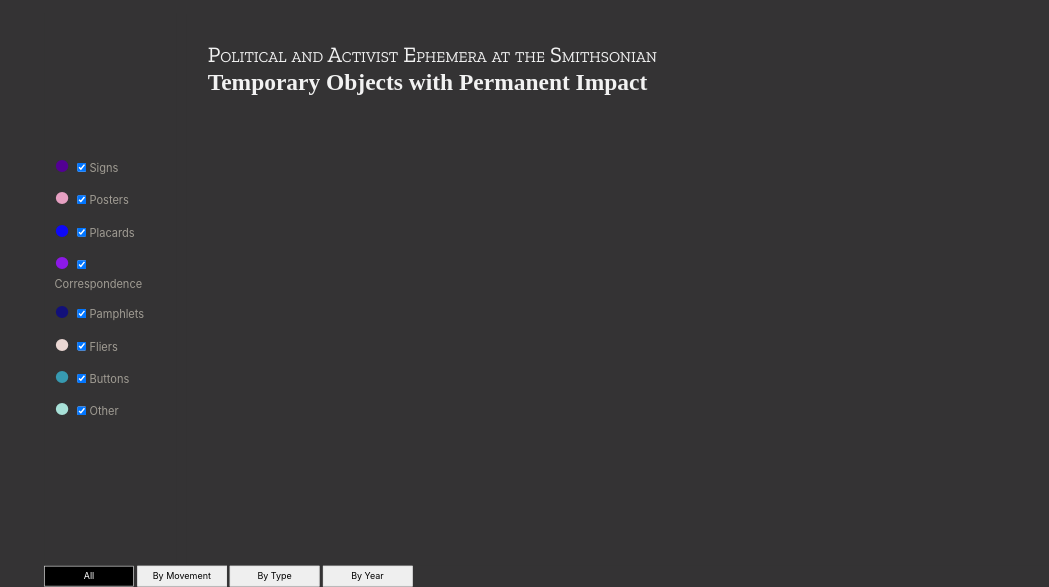
Repository: m0llyc00k/Major-studio-1
Page: Final/index-2.html
The author's editor kept a record of every edit. The page is drawn from the files as they stood at one moment, then again after the next edit.
The browser window is 1280 px wide. The page is 1521 px wide, so the pictures cover 1521 px, including what lies to the right of the window. The pictures show the whole page, at 69% of full size.
The page's requests for data from a server got no answer. Some web fonts or font styles are not loaded; a fallback is used.

Above is the page before.

### Final/index-2.html
<!DOCTYPE html>
<html lang="en">

<head>
    <title>Ephemera at the Smithsonian</title>
    <meta charset="utf-8">
    <meta name="viewport" content="width=device-width, initial-scale=1">
    <link rel="stylesheet" href="https://maxcdn.bootstrapcdn.com/bootstrap/4.5.2/css/bootstrap.min.css">
    <script src="https://ajax.googleapis.com/ajax/libs/jquery/3.5.1/jquery.min.js"></script>
    <script src="https://cdnjs.cloudflare.com/ajax/libs/popper.js/1.16.0/umd/popper.min.js"></script>
    <script src="https://maxcdn.bootstrapcdn.com/bootstrap/4.5.2/js/bootstrap.min.js"></script>
    <link rel="preconnect" href="https://fonts.googleapis.com">
    <link rel="preconnect" href="https://fonts.gstatic.com" crossorigin>
    <link href="https://fonts.googleapis.com/css2?family=Space+Grotesk:wght@300&family=Spartan:wght@100;400&family=Zilla+Slab:ital,wght@0,300;0,400;1,300;1,400&display=swap" rel="stylesheet">
    <link rel="preconnect" href="https://fonts.googleapis.com">
    <link rel="preconnect" href="https://fonts.gstatic.com" crossorigin>
    <link href="https://fonts.googleapis.com/css2?family=Zilla+Slab+Highlight:wght@400;700&display=swap" rel="stylesheet">
    <link rel="stylesheet" href="http://fonts.googleapis.com/css?family=Roboto:300,400,500,700" type="text/css">


    <style type="text/css">
        body {
            background-color: #343334;
            /*background-color: #161616;*/
            /*zoom: reset;*/
        }

        .selected {
            fill: none;
        }

        .button {
            min-width: 130px;
            padding: 4px 5px;
            cursor: pointer;
            text-align: center;
            font-size: 13px;
            border: 1px solid #e0e0e0;
            text-decoration: none;
        }

        .button.active {
            background: #000;
            color: #fff;
        }

        #checkboxes>* {
            font: Roboto;
            font-weight: 400;
            color: #a19d94;
            padding-top: 3px;
            display: block;

        }

        .col-sm-2 {
            background-color: #343334;
            /*padding-left: 20px;*/
            /*border-radius: 25px;*/
            padding-top: 200px;
            padding-right: 10px;
        }

        /*.measure-group {*/

        /*    display: grid;*/

        /*}*/

        svg {
            background-color: #343334;
        }

        svganchor {
            padding: 100px;
        }

        .cells path {
            fill: none;
            pointer-events: all;
        }

        div.tooltip {
            position: fixed;
            text-align: left;
            color: #efefef;
            white-space: normal;
            padding: 8px;
            font-size: 14px;
            /*background: rgb(96, 125, 139);*/
            background: #5e626b;
            border: 1px solid rgb(96, 125, 139);
            border-radius: 2px;
            pointer-events: none;
            cursor: pointer;
        }

        .axis path,
        .axis line {
            fill: none;
            stroke: rgb(96, 125, 139);
            shape-rendering: optimizeSpeed;
        }

        .axis text {
            font: 15px sans-serif;
            color: #a19d94;

        }

        /*.typeSort {}*/

        .container {
            padding-top: 20px;
            max-width: 90%;
        }
    </style>

</head>

<body>

    <div class="container">
        <div class="row">

            <div class="col-sm-2 col-md-offset-2" id="checkboxes">
                <!--<span style="position:relative; top: 5px; font-size: 16px; padding:20px;">Ephemera Type:</span>-->
                <label class="mdl-checkbox mdl-js-checkbox mdl-js-ripple-effect">
                    <span class="mdl-checkbox__label" id="signsColor" style="font-size: 24px; color: #530094;">&#9679;&nbsp;</span>
                    <input type="checkbox" value="signs" class="mdl-checkbox__input typeSort" checked="">    Signs
                </label>
                <label class="mdl-checkbox mdl-js-checkbox mdl-js-ripple-effect">
                    <span class="mdl-checkbox__label" id="postersColor" style="font-size: 24px; color: #A8B1E1;">&#9679;&nbsp;</span>
                    <input type="checkbox" value="posters" class="mdl-checkbox__input typeSort" checked="">    Posters
                </label>
                <label class="mdl-checkbox mdl-js-checkbox mdl-js-ripple-effect">
                    <span class="mdl-checkbox__label" id="placardsColor" style="font-size: 24px; color: #0E09F8;">&#9679;&nbsp;</span>
                    <input type="checkbox" value="placards" class="mdl-checkbox__input typeSort" checked="">    Placards
                </label>
                <label class="mdl-checkbox mdl-js-checkbox mdl-js-ripple-effect">
                     <span class="mdl-checkbox__label" id="correspondenceColor" style="font-size: 24px; color: #8C19E7;">&#9679;&nbsp;</span>
                    <input type="checkbox" value="correspondence" class="mdl-checkbox__input typeSort" checked="">    Correspondence
                </label>
                <label class="mdl-checkbox mdl-js-checkbox mdl-js-ripple-effect">
                     <span class="mdl-checkbox__label" id="pamphletsColor" style="font-size: 24px; color: #12107A;">&#9679;&nbsp;</span>
                    <input type="checkbox" value="pamphlets" class="mdl-checkbox__input typeSort" checked="">    Pamphlets
                </label>
                <label class="mdl-checkbox mdl-js-checkbox mdl-js-ripple-effect">
                     <span class="mdl-checkbox__label" id="fliersColor" style="font-size: 24px; color: #8387F5;">&#9679;&nbsp;</span>
                    <input type="checkbox" value="fliers" class="mdl-checkbox__input typeSort" checked="">    Fliers
                </label>
                <label class="mdl-checkbox mdl-js-checkbox mdl-js-ripple-effect">
                    <span class="mdl-checkbox__label" id="buttonsColor" style="font-size: 24px; color: #936C85;">&#9679;&nbsp;</span>
                    <input type="checkbox" value="buttons" class="mdl-checkbox__input typeSort" checked="">  Buttons
                </label>
                <label class="mdl-checkbox mdl-js-checkbox mdl-js-ripple-effect">
                    <span class="mdl-checkbox__label" id="otherColor" style="font-size: 24px; color: #A8E1D8;">&#9679;&nbsp;</span>
                    <input type="checkbox" value="other" class="mdl-checkbox__input typeSort" checked="">    Other
                </label>


                <!--<div class="legendButtons" data-toggle="colorOrImage">-->
                <!--            <button onclick="changeColor()">by Color</button> -->
                <!--            <button onclick="changeImage()">by Image</button>-->
                <!--<button type="button" onclick="changeColor()" id="color" class="measure mdl-button mdl-js-button mdl-button--raised mdl-button--colored" value="typeSort">Type by Color</button> </br>-->
                <!--<button type="button" onclick="changeImage()" id="image" class="measure mdl-button mdl-js-button mdl-button--raised mdl-button--colored" value="primaryImage">Type by Image</button>-->
                <!--</div>-->
                <!--<div class="scale-group" data-toggle="buttons-radio">-->
                <!--    <button type="button" class="scale mdl-button mdl-js-button mdl-button--raised mdl-button--colored" value="scaleLinear">Linear Scale</button>-->
                <!--    <button type="button" class="scale mdl-button mdl-js-button mdl-button--raised mdl-button--colored" value="scaleLog">Log Scale</button>-->
                <!--</div>-->

            </div>

            <div class="col col-lg-10" id="svganchor"></div>
            <div class="row">
                <div class="col" id="toolbar">
                    <button id="all" class="button active">All</button>
                    <button id="Movement" class="button">By Movement</button>
                    <button id="typeSort" class="button">By Type</button>
                    <button id="dateSort" class="button">By Year</button>
                </div>
            </div>
            <div class="row">
                <div class= "col-lg" id="svgclusters"></div>
            </div>

        </div>
    </div>


    <script src="https://d3js.org/d3.v5.min.js"></script>
    <script src="beeswarm-2.js"></script>

</body>

</html>

### Qualitative/examples-beeswarm/beeswarm-2.js
let height = 800;
let width = 1250;
let margin = ({top: 40, right: 40, bottom: 34, left: 40});
let allDates = [];

// Data structure describing chart scales
let Scales = {
    lin: "scaleLinear",
    log: "scaleLog"
};

// Data structure describing volume of displayed data
let Count = {
    dateSort: "dateSort",
};

// Data structure describing legend fields value
let Legend = {
    dateSort: "dateSort",
};

let chartState = {};

chartState.measure = Count.dateSort;
chartState.scale = Scales.lin;
chartState.legend = Legend.dateSort;


// Colors used for circles depending on typeSort
let colors = d3.scaleOrdinal()
    .domain(["buttons", "signs", "posters", "placards", "correspondence", "pamphlets", "fliers", "other"])
    .range(['#379AB1','#530094','#E6A0C2','#0E09F8','#8C19E7','#12107A', '#EAD7D3', '#A8E1D8']);

    //#009392,#72aaa1,#b1c7b3,#f1eac8,#e5b9ad,#d98994,#d0587e
    //#A16928,#bd925a,#d6bd8d,#edeac2,#b5c8b8,#79a7ac,#2887a1

d3.select("#buttonsColor").style("color", colors("buttons"));
d3.select("#signsColor").style("color", colors("signs"));
d3.select("#postersColor").style("color", colors("posters"));
d3.select("#placardsColor").style("color", colors("placards"));
d3.select("#correspondenceColor").style("color", colors("correspondence"));
d3.select("#pamphletsColor").style("color", colors("pamphlets"));
d3.select("#fliersColor").style("color", colors("fliers"));
d3.select("#otherColor").style("color", colors("other"));


let svg = d3.select("#svganchor")
    .append("svg")
    .attr("width", width)
    .attr("height", height)

svg.append("text")
        .attr("x", 30)
        .attr("y", 70)
        .attr("text-anchor", "left")
        .style("font-size", "32px")
        .style("fill", "#f2f2f2")
        .style("font-family", "Zilla Slab")
        .style("font-variant", "small-caps")
        .text("Political and Activist Ephemera at the Smithsonian");

// Add subtitle to graph
svg.append("text")
        .attr("x", 30)
        .attr("y", 110)
        .attr("text-anchor", "left")
        .style("font-size", "34px")
        .style("fill", "#f2f2f2")
        .style("max-width", 400)
        .style("font-family", "Zilla Slab Highlight")
        .style("font-weight", 700)
        .text("Temporary Objects with Permanent Impact");



let xScale = d3.scaleLinear()
    .domain(allDates.map(d => d.dateSort))
    .range([margin.left, width - margin.right])

svg.append("g")
    .attr("class", "x axis")
    .attr("transform", "translate(0," + (height - margin.bottom) + ")")


// Create line that connects circle and X axis
let xLine = svg.append("line")
    .attr("stroke", "rgb(96,125,139)")
    .attr("stroke-dasharray", "3,4")
    .attr("stroke-width", "2");

// Create tooltip div and make it invisible
let tooltip = d3.select("#svganchor").append("div")
    .attr("class", "tooltip")
    .style("opacity", 0);

let tooltip2 = d3.select("#svganchor").append("div")
    .attr("class", "tooltip")
    .style("opacity", 0);

// Load and process data
d3.csv("https://raw.githubusercontent.com/m0llyc00k/major-studio-1/main/Qualitative/examples-beeswarm/beeswarm-data-new-Images.csv").then(function (data) {

    let dataSet = data;

    redraw();



    // Trigger filter function whenever checkbox is ticked/unticked
    d3.selectAll("input").on("change", filter);

    function redraw() {

        // Set scale type based on button clicked
        if (chartState.scale === Scales.lin) {
            xScale = d3.scaleLinear().range([ margin.left, width - margin.right ])
        }

        if (chartState.scale === Scales.log) {
            xScale = d3.scaleLog().range([ margin.left, width - margin.right ]);
        }

        xScale.domain(d3.extent(dataSet, function(d) {
            return +d[chartState.measure];
        }));

//set x axis
        let xAxis = d3.axisBottom(xScale)
                .ticks(12, ".0f");


        d3.transition(svg).select(".x.axis")
            .transition()
            .duration(1000)
            .call(xAxis);

        // Create simulation with specified dataset
        let simulation = d3.forceSimulation(dataSet)
            // Apply positioning force to push nodes towards desired position along X axis
            .force("x", d3.forceX(function(d) {
                // Mapping of values from date/perCapita column of dataset to range of SVG chart (<margin.left, margin.right>)
                return xScale(+d[chartState.measure]);  // This is the desired position
            }).strength(8))  // Increase velocity
            .force("y", d3.forceY((height / 1.75) - margin.bottom))  // // Apply positioning force to push nodes towards center along Y axis
            .force("collide", d3.forceCollide(14)) // Apply collision force with radius of 9 - keeps nodes centers 9 pixels apart
            .stop();  // Stop simulation from starting automatically

        // Manually run simulation
        for (let i = 0; i < dataSet.length; ++i) {
            simulation.tick(5);
        }


// function changeColor() {

        // Create ephemera circles
        let titleCircles = svg.selectAll(".title")
            .data(dataSet, function(d) { return d.title });

        titleCircles.exit()
            .transition()
            .duration(1000)
            .attr("cx", 0)
            .attr("cy", (height / 2) - margin.bottom / 2)
            .remove();

        titleCircles.enter()
            .append("circle")
            .attr("class", "title")
            .attr("cx", width - margin.right)
            .attr("cy", (height) - margin.bottom)
            .attr("r", 13)
            .attr("fill", function(d){ return colors(d.typeSort)})
            .merge(titleCircles)
            .transition()
            .duration(2000)
            .attr("cx", function(d) { return d.x; })
            .attr("cy", function(d) { return d.y; });

// }



// function changeImage (){

// var images = svg.selectAll(".primaryImage")
//             .data(dataSet, function(d) { return d.primaryImage });

//         images.exit()
//             .transition()
//             .duration(1000)
//             .attr("x", 0)
//             .attr("y", (height) - margin.bottom)
//             .remove()



//         images.enter()
//             .append("image")
//             .attr("xlink:href", function(d) { return d.primaryImage;})
//             .attr("width", 26)
//             .attr("height", 26)
//             .attr("x", width - margin.right / 2)
//             .attr("y", (height) - margin.bottom / 2)
//             .merge(images)
//             .transition()
//             .duration(2000)
//             .attr("x", function(d) { return d.x; })
//             .attr("y", function(d) { return d.y; });

// }



        // Show tooltip when hovering over circle (data for respective country)
        d3.selectAll(".title").on("mousemove", function(d) {
            tooltip.html(`<div id="textTooltip">
                          <strong>${d.title}</strong><br>
                          ${d.typeTrue}<br>
                          <strong>${d.dateTrue}</strong><br>
                          </div>
                          <div id="imageTooltip" float:right>
                          <img src="${d.primaryImage}" alt="image here">
                          </div>
                          `)
                // .style('top', d3.event.pageY - 1 + 5 + 'px')
                // .style('left', d3.event.pageX + 1 + 10 + 'px')
                .style("opacity", 0.9)
                .style("left", d3.select(this).attr("cx") + "px")
                .style("top", d3.select(this).attr("cy") + "px");




            xLine.attr("x1", d3.select(this).attr("cx"))
                .attr("y1", d3.select(this).attr("cy"))
                .attr("y2", (height - margin.bottom))
                .attr("x2",  d3.select(this).attr("cx"))
                .attr("opacity", 1)


        }).on("mouseout", function(_) {
            tooltip.style("opacity", 0);
            xLine.attr("opacity", 0);
        });

    }

    // Filter data based on which checkboxes are ticked
    function filter() {

        function getCheckedBoxes(checkboxName) {

            let checkboxes = d3.selectAll(checkboxName).nodes();
            let checkboxesChecked = [];
            for (let i = 0; i < checkboxes.length; i++) {
                if (checkboxes[i].checked) {
                    checkboxesChecked.push(checkboxes[i].defaultValue);
                }
            }
            return checkboxesChecked.length > 0 ? checkboxesChecked : null;
        }

        let checkedBoxes = getCheckedBoxes(".typeSort");

        let newData = [];

        if (checkedBoxes == null) {
            dataSet = newData;
            redraw();
            return;
        }

        for (let i = 0; i < checkedBoxes.length; i++){
            let newArray = data.filter(function(d) {
                return d.typeSort === checkedBoxes[i];
            });
            Array.prototype.push.apply(newData, newArray);
        }

        dataSet = newData;
        redraw();
    }

}).catch(function (error) {
    if (error) throw error;
});

### Final/clusters.js
var w = 1400,
    h = 800;

var radius = 10;
var color = d3.scaleOrdinal()
    .domain(["buttons", "signs", "posters", "placards", "correspondence", "pamphlets", "fliers", "other"])
    .range(['#d4c874', '#ba8a30', '#db666f', '#5c86aa', '#a53d24', '#76943c', '#66988d', '#ba5f41']);

var centerScale = d3.scalePoint().padding(1).range([0, w]);
var forceStrength = 0.08;

var svg2 = d3.select("#svgclusters").append("svg")
    .attr("width", w)
    .attr("height", h)
    .attr("viewBox", `0 0 1400 800`)
     .attr("preserveAspectRatio", "xMinYMin meet")





var simulation = d3.forceSimulation()
    .force("collide", d3.forceCollide(function(d) {
        return d.r + 2
    }).iterations(10))
    .force("charge", d3.forceManyBody())
    .force("y", d3.forceY().y(h / 2))
    .force("x", d3.forceX().x(w / 2))

d3.csv("beeswarm-data-new-rev_nov20.csv").then(function(data) {

    data.forEach(function(d) {
        d.r = radius;
        d.x = w / 2;
        d.y = h / 2;
    })
    // data.forEach(function(d){
    // d.r = radius;
    // d.x = w / 2;
    // d.y = h / 2;
    // })

    console.log(data);



    var circles = svg2.selectAll("circle")
        .data(data, function(d) { return d.id; });

    var circlesEnter = circles.enter().append("circle")
        .attr("r", function(d, i) { return d.r; })
        .attr("cx", function(d, i) { return 175 + 25 * i + 2 * i ** 5; })
        .attr("cy", function(d, i) { return 500; })
        .style("fill", function(d, i) { return color(d.typeSort); })
        .style("stroke", function(d, i) { return color(d.typeSort); })
        .style("stroke-width", 3)
        .style("pointer-events", "all")
        .style("padding", "none")
        .call(d3.drag()
            .on("start", dragstarted)
            .on("drag", dragged)
            .on("end", dragended));

    circles = circles.merge(circlesEnter)

    function ticked() {
        //console.log("tick")
        //console.log(data.map(function(d){ return d.x; }));
        circles
            .attr("cx", function(d) { return d.x; })
            .attr("cy", function(d) { return d.y; });
    }

    simulation
        .nodes(data)
        .on("tick", ticked);

    function dragstarted(d, i) {
        //console.log("dragstarted " + i)
        if (!d3.event.active) simulation.alpha(1).restart();
        d.fx = d.x;
        d.fy = d.y;
    }

    function dragged(d, i) {
        //console.log("dragged " + i)
        d.fx = d3.event.x;
        d.fy = d3.event.y;
    }

    function dragended(d, i) {
        //console.log("dragended " + i)
        if (!d3.event.active) simulation.alphaTarget(0);
        d.fx = null;
        d.fy = null;
        var me = d3.select(this)
        console.log(me.classed("selected"))
        me.classed("selected", !me.classed("selected"))

        d3.selectAll("circle")
            .style("fill", function(d, i) { return color(d.typeSort); })

        d3.selectAll("circle.selected")
            .style("fill", "none")

    }

    function groupBubbles() {
        hideTitles();

        // @v4 Reset the 'x' force to draw the bubbles to the center.
        // simulation.force('x', d3.forceX().strength(forceStrength).x(w / 4));
        simulation.force('x', d3.forceX().strength(.05));



        // @v4 We can reset the alpha value and restart the simulation
        simulation.alpha(1).restart();
    }

    function splitBubbles(byVar) {

        centerScale.domain(data.map(function(d) { return d[byVar]; }));

        if (byVar == "id") {
            hideTitles()
        }
        else {
            showTitles(byVar, centerScale);
        }

        // @v4 Reset the 'x' force to draw the bubbles to their year centers
        simulation.force('x', d3.forceX().strength(forceStrength).x(function(d) {
            return centerScale(d[byVar]);
        }));

        // @v4 We can reset the alpha value and restart the simulation
        simulation.alpha(2).restart();
    }

    function hideTitles() {
        svg2.selectAll('.title').remove();
    }

    function showTitles(byVar, scale) {
        // Another way to do this would be to create
        // the year texts once and then just hide them.
        var titles = svg2.selectAll('.title')
            .data(scale.domain());

        titles.enter().append('text')
            .attr('class', 'title')
            .merge(titles)
            .attr('x', function(d) { return scale(d); })
            .attr('y', 60)
            .attr('text-anchor', 'middle')
            .text(function(d) { return d; });

        titles.exit().remove()
    }



    function setupButtons() {
        d3.selectAll('.button')
            .on('click', function() {

                // Remove active class from all buttons
                d3.selectAll('.button').classed('active', false);
                // Find the button just clicked
                var button = d3.select(this);

                // Set it as the active button
                button.classed('active', true);

                // Get the id of the button
                var buttonId = button.attr('id');

                console.log(buttonId)
                // Toggle the bubble chart based on
                // the currently clicked button.
                splitBubbles(buttonId);
            });
    }

    setupButtons()

})

After the next edit:
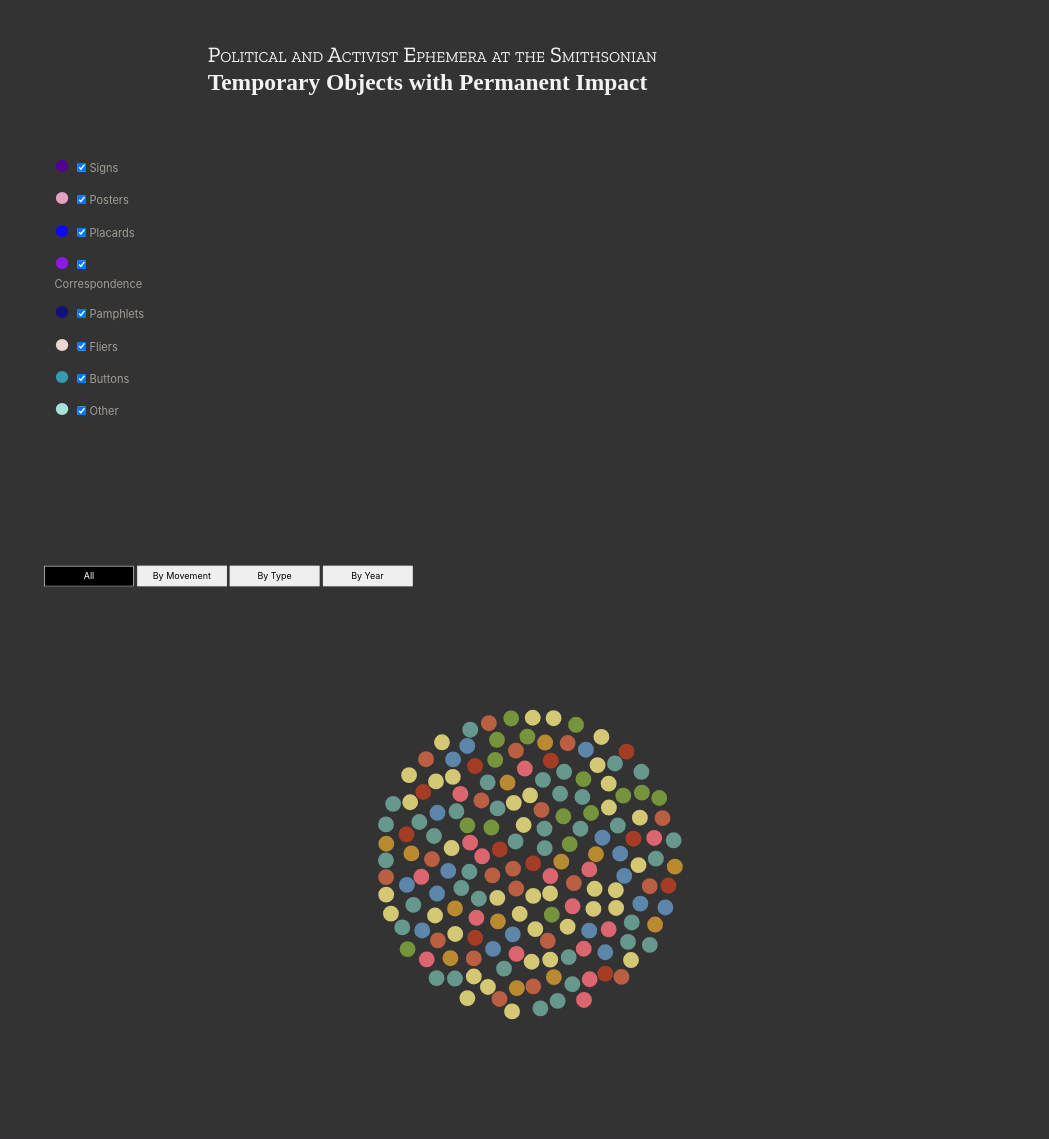
The edit:
--- a/Final/index-2.html
+++ b/Final/index-2.html
@@ -191,6 +191,8 @@
 
     <script src="https://d3js.org/d3.v5.min.js"></script>
     <script src="beeswarm-2.js"></script>
+    <script src="clusters.js"></script>
+
 
 </body>
 
